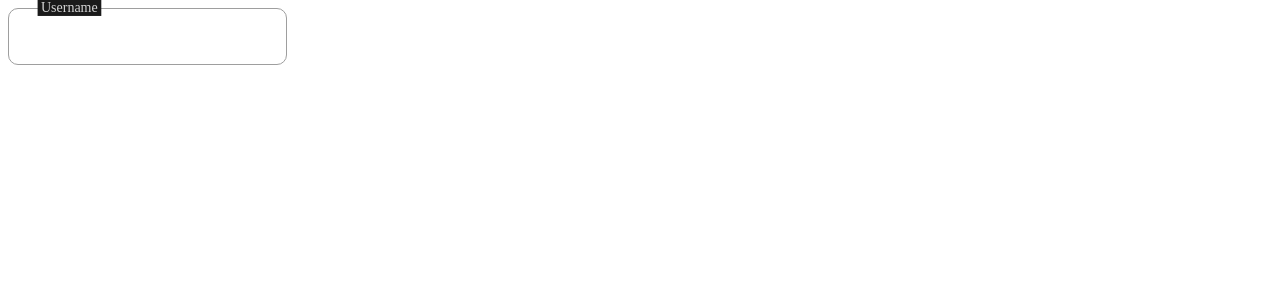
Repository: syni18/input_label_animate
Page: index.html
An editor plug-in stored every save of this project. The page is shown before and after the next save, followed by the edit.
The browser window is 1280 px wide. The pictures show the whole page.

Above is the page before, as saved 2023-11-01 13:57:14.

### index.html
<!DOCTYPE html>
<html lang="en">
<head>
    <meta charset="UTF-8">
    <meta name="viewport" content="width=device-width, initial-scale=1.0">
    <link rel="stylesheet" href="style.css">
    <title>Input label Animation</title>
</head>
<body>
    <div class="input-group">
        <input type="text" class="input" id="username" title="username"/>
        <label for="username" class="label">Username</label>
    </div>
</body>
</html>

### style.css
.input-group {
    font-size: 1.25rem;
    position: relative;
    --primary: #2196f3;
}
.input {
    all: unset;
    color: #fefefe;
    padding: 1rem;
    border: 1px solid #9e9e9e;
    border-radius: 10px;
    transition: 150ms cubic-bezier(0.4, 0 ,0.2, 1);
}
.label {
    position: absolute;
    top: 1rem;
    left: 1rem;
    color: #d4d4d4;
    pointer-events: none;
    transition: 150ms cubic-bezier(0.4, 0 ,0.2, 1);
}
.input:focus{
    border: 1px solid var(--primary);
}
.input:is(:focus, :valid) ~ label {
    transform: translateY(-120%) scale(0.7);
    background-color: #1a1a1a;
    padding-inline: 0.3rem;
    color: ;
}

After the next save:
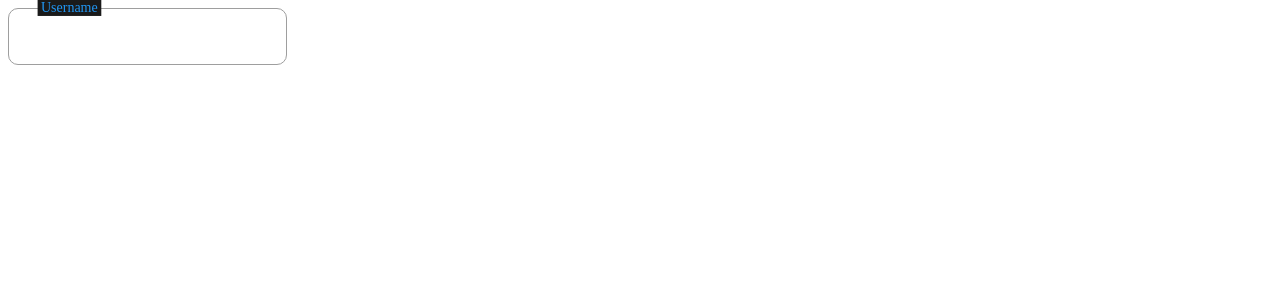
Saved 6 s later.
--- a/style.css
+++ b/style.css
@@ -26,5 +26,5 @@
     transform: translateY(-120%) scale(0.7);
     background-color: #1a1a1a;
     padding-inline: 0.3rem;
-    color: ;
+    color: var(--primary);
 }
